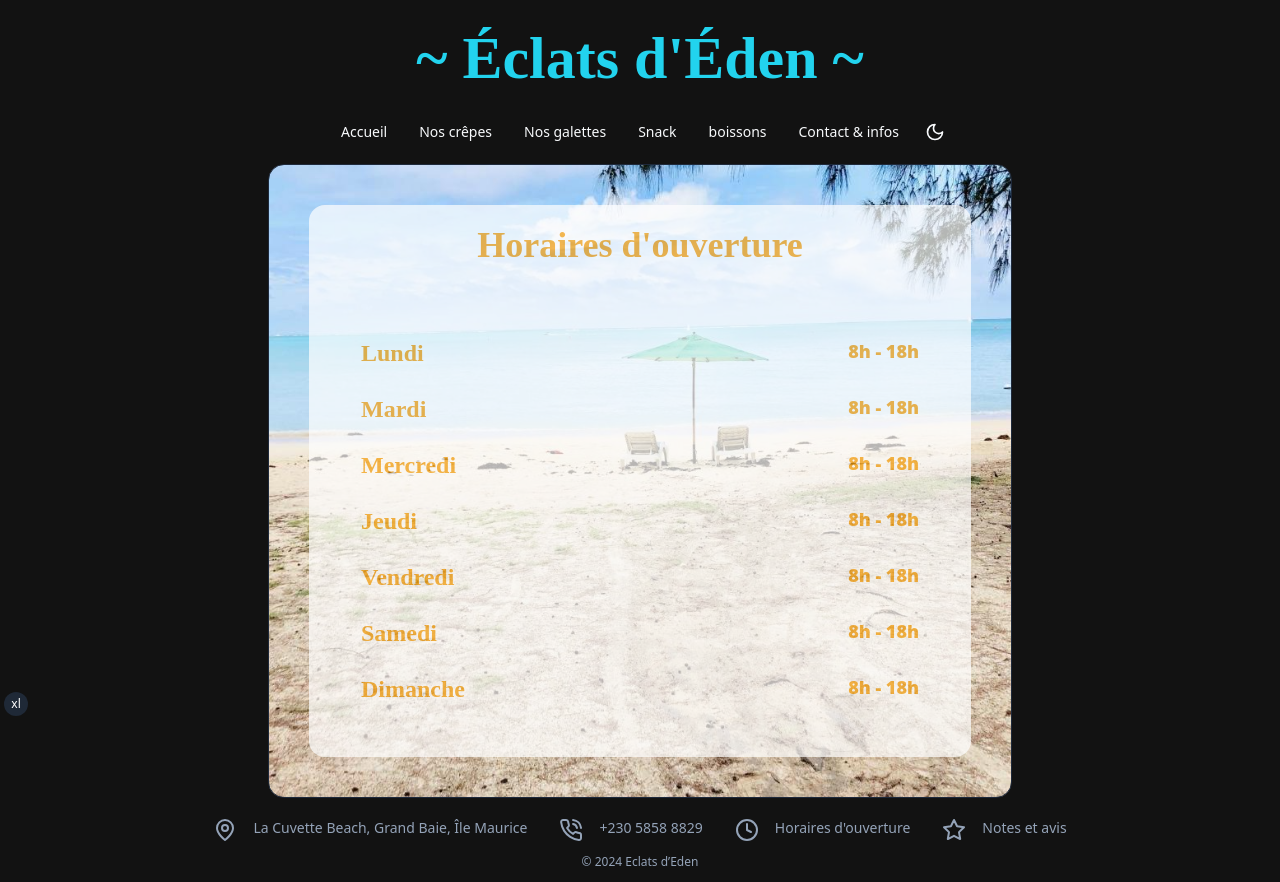
Repository: jeffMauritius/eclats-deden
Page: /schedule
An editor plug-in stored every save of this project. The page is shown before and after the next save, followed by the edit.
The browser window is 1280 px wide. The pictures show the whole page.
The project was rebuilt for these pictures with package versions that can differ from the ones it lists, and the page was loaded fresh each time. The framework's server and built-in components were replaced by stand-ins that run in the browser. Also part of the build but not shown: next.config.mjs.

Above is the page before, as saved 2024-08-30 09:55:29.

After the next save:
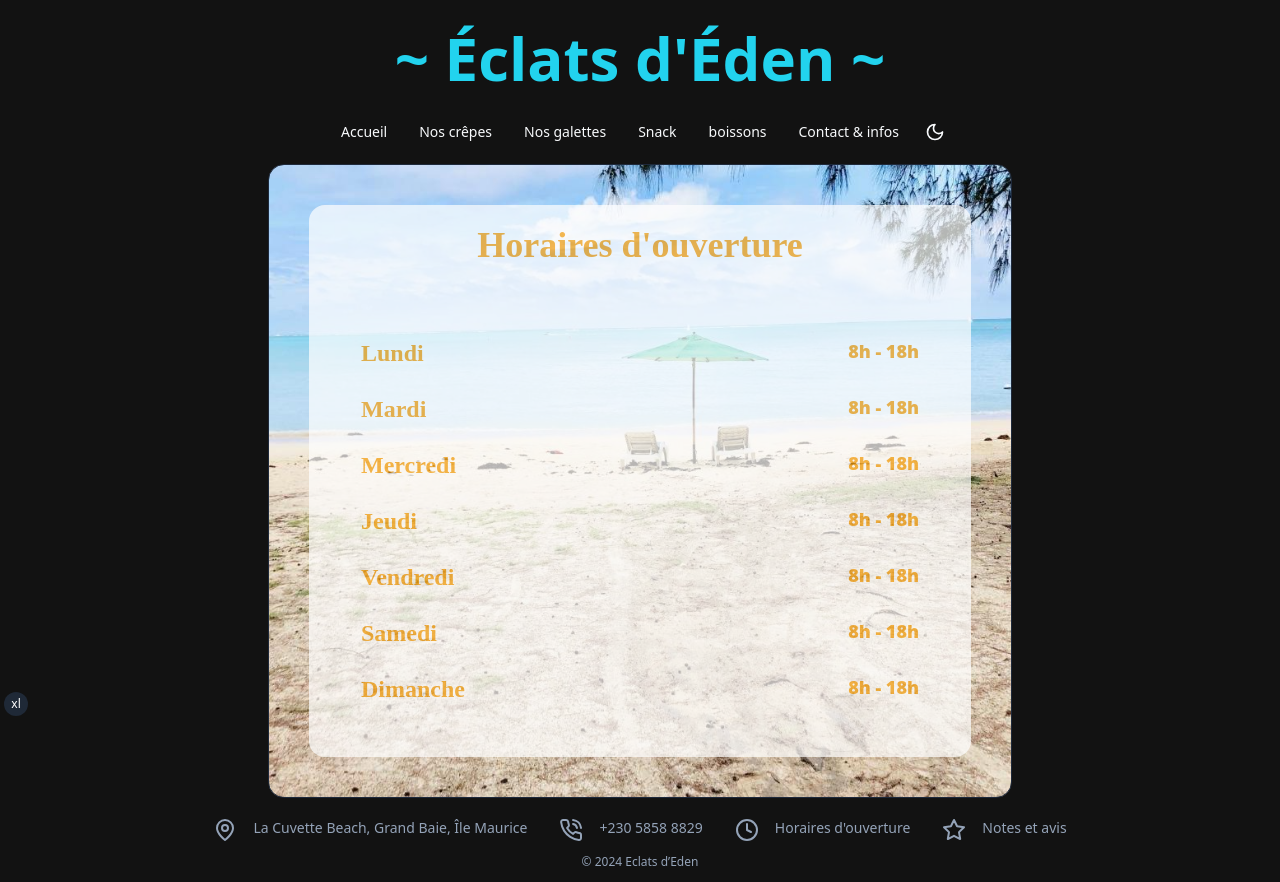
Saved 18 s later.
--- a/src/components/layout/Title.tsx
+++ b/src/components/layout/Title.tsx
@@ -7,7 +7,7 @@
   return (
     <div className="flex flex-auto justify-center ">
       <h1
-        className={`pt-2 font-display text-4xl font-bold text-cyan-400 md:text-6xl`}
+        className={`Playwrite pt-2 text-4xl font-bold text-cyan-400 md:text-6xl`}
       >
         {" "}
         {`~ ${title} ~`}

After the 6 saves that followed:
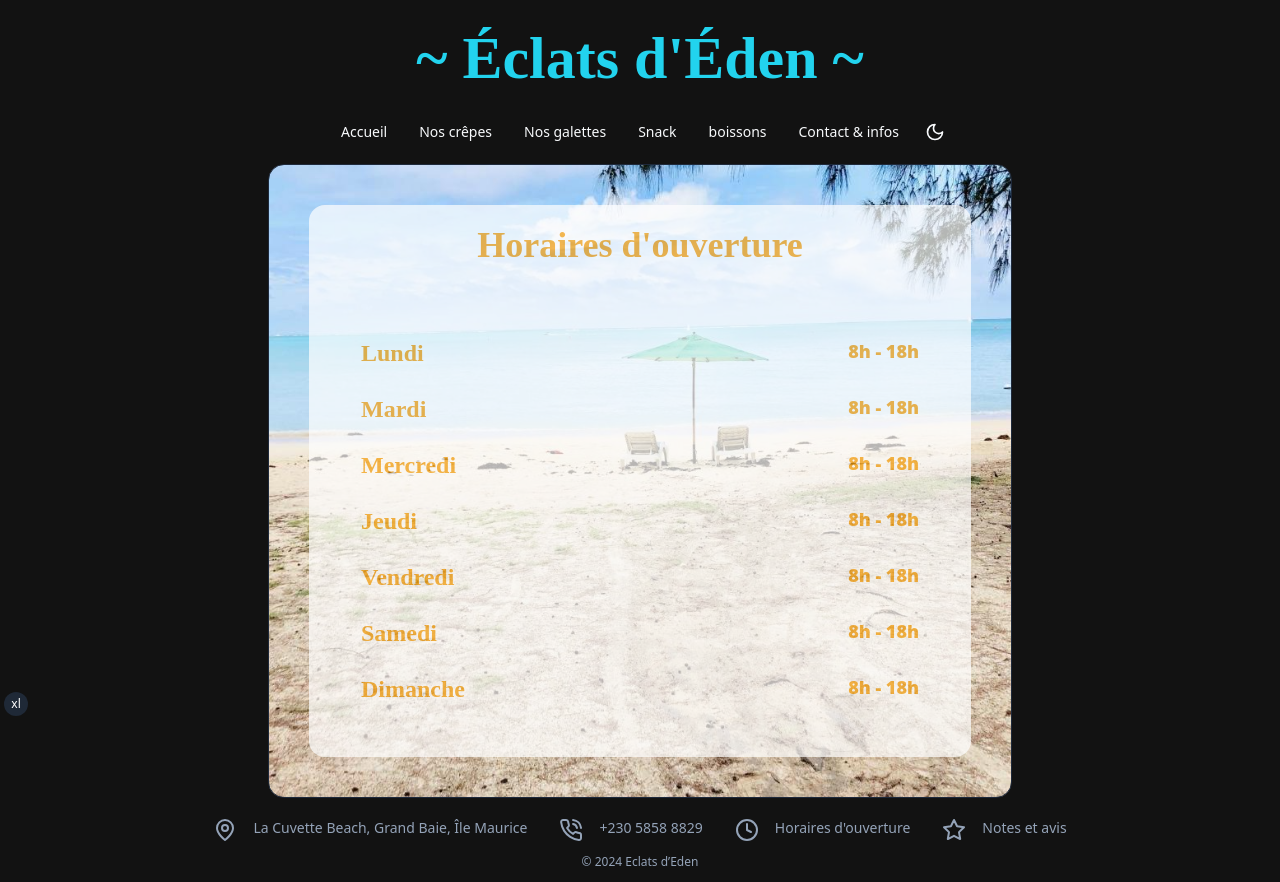
The 6 saves are shown as one change because 1 did not build or start and 4 left the picture as it was.
The last was saved 3 min 53 s later.
--- a/app/layout.tsx
+++ b/app/layout.tsx
@@ -19,7 +19,7 @@ const MarkScript = Marck_Script({
   weight: "400",
 })
 
-const Playwrite = localFont({
+const fontDisplay = localFont({
   src: "../src/components/PlaywriteCU.ttf",
   variable: "--font-display",
   weight: "400",
@@ -39,7 +39,7 @@ export default function RootLayout({ children }: PropsWithChildren) {
         className={cn(
           `flex flex-col h-screen bg-background font-sans antialiased p-5`,
           fontSans.variable,
-          Playwrite.variable,
+          fontDisplay.variable,
         )}
       >
         <Providers>
--- a/src/components/layout/Title.tsx
+++ b/src/components/layout/Title.tsx
@@ -7,7 +7,7 @@
   return (
     <div className="flex flex-auto justify-center ">
       <h1
-        className={`Playwrite pt-2 text-4xl font-bold text-cyan-400 md:text-6xl`}
+        className={`pt-2 font-display text-4xl font-bold text-cyan-400 md:text-6xl`}
       >
         {" "}
         {`~ ${title} ~`}
